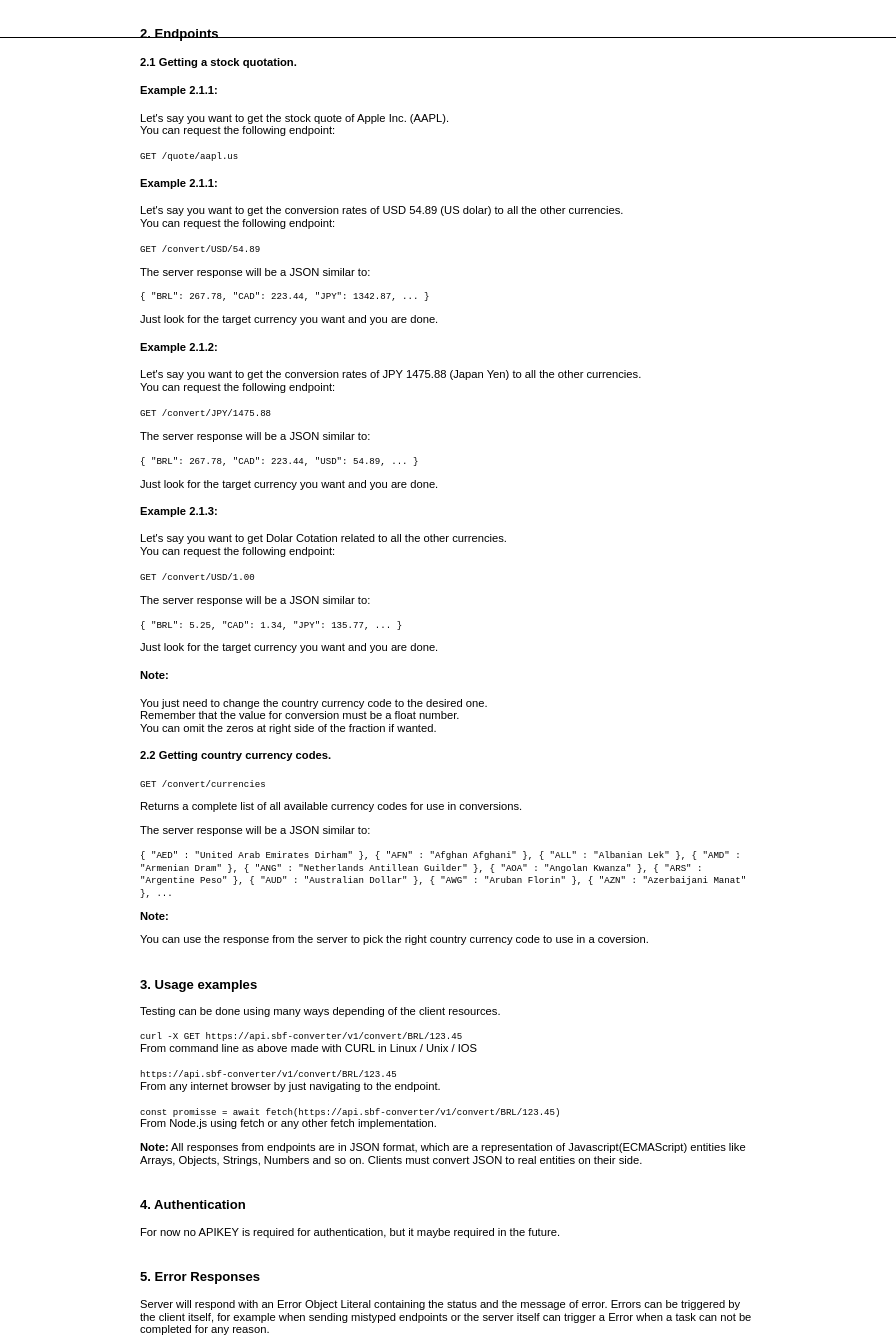
Repository: miguelamello/nest-js
Page: api-service/documentation.html
An editor plug-in stored every save of this project. The page is shown before and after a run of saves, followed by the edit.
The browser window is 1280 px wide. The pictures show the part of the page from y = 311 to 2231 px (the page is 2593 px tall before and 2627 px after), at 70% of full size.

Above is the page before, as saved 2023-03-28 18:02:33.

After the next 2 saves:
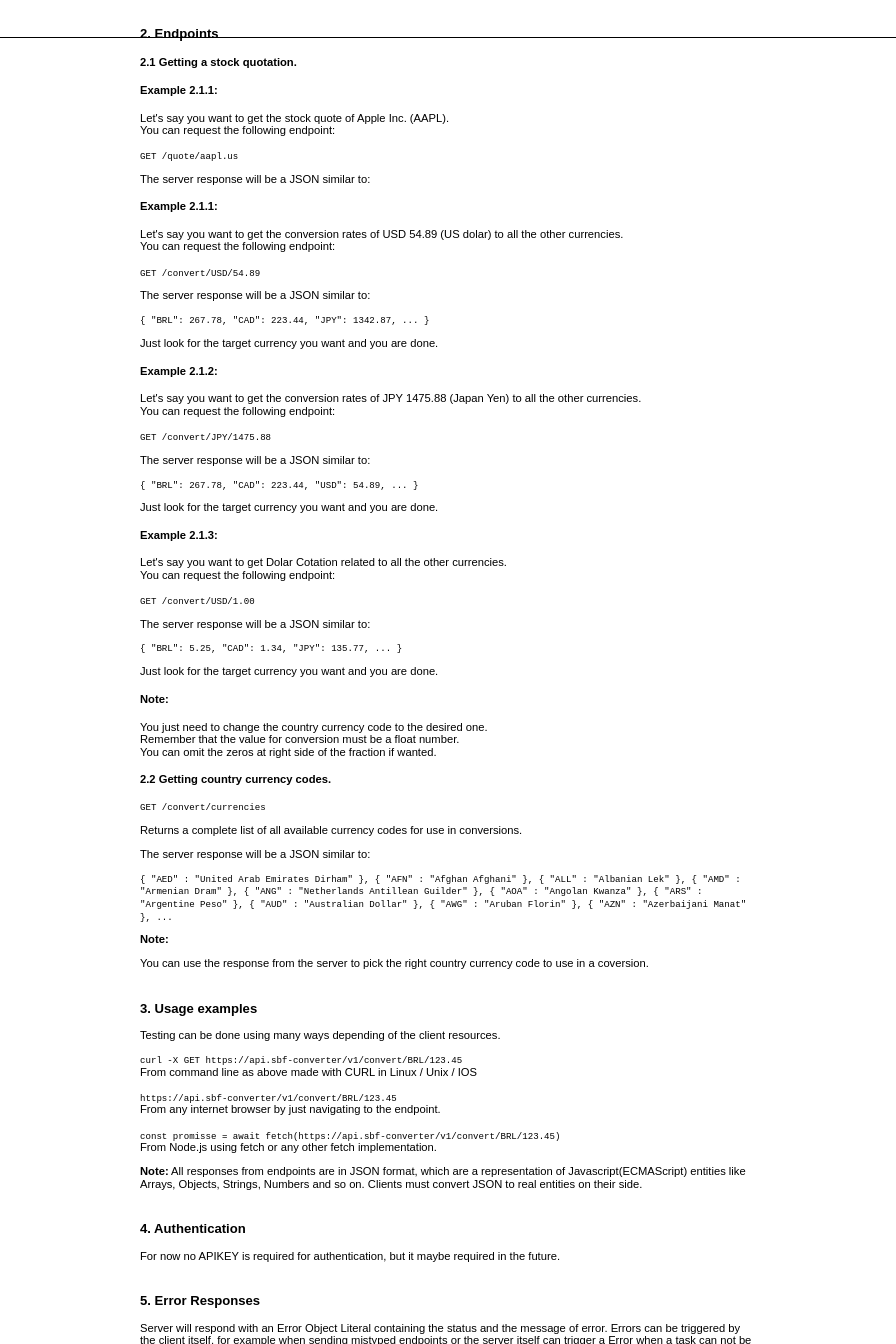
The 2 saves are shown as one change because they came seconds apart.
The last was saved 7 s later.
--- a/api-service/documentation.html
+++ b/api-service/documentation.html
@@ -38,6 +38,8 @@
       <div>Let's say you want to get the stock quote of Apple Inc. (AAPL).</div>
       <div>You can request the following endpoint:</div><br>
       <code>GET /quote/aapl.us</code>
+
+      <p>The server response will be a JSON similar to:</p>
 
 
     </p>
